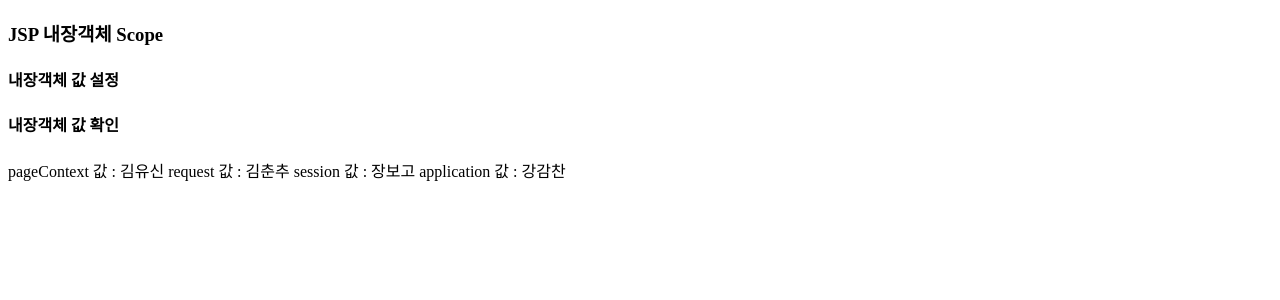
Repository: SangKyuuu/Jsp
Page: http://localhost/ch03/6_scope.jsp
An editor plug-in stored every save of this project. The page is shown before and after the next save, followed by the edit.
The browser window is 1280 px wide. The pictures show the whole page.
The page is served by Tomcat 9.

Above is the page before, as saved 2025-07-28 08:06:19.

After the next save:
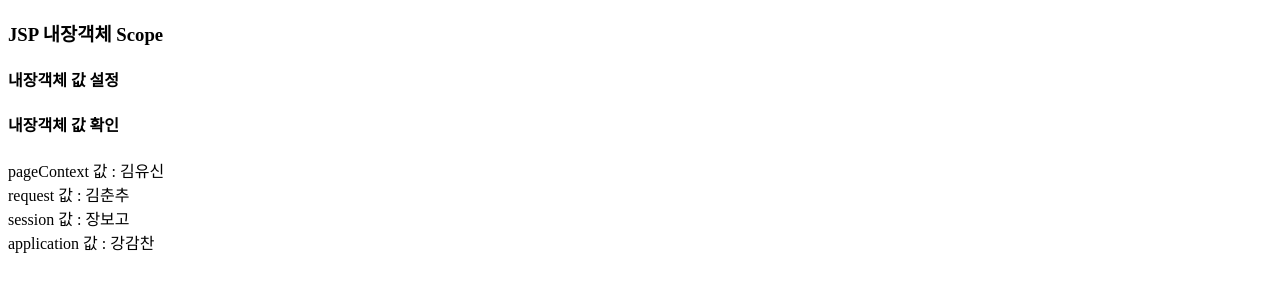
Saved 29 s later.
--- a/ch03/src/main/webapp/6_scope.jsp
+++ b/ch03/src/main/webapp/6_scope.jsp
@@ -24,10 +24,10 @@
 
 		<h4>내장객체 값 확인</h4>
 		<p>
-			pageContext 값 : <%= pageContext.getAttribute("name") %>
-			request 값 : <%= request.getAttribute("name") %>
-			session 값 : <%= session.getAttribute("name") %>
-			application 값 : <%= application.getAttribute("name") %>
+			pageContext 값 : <%= pageContext.getAttribute("name") %> <br/>
+			request 값 : <%= request.getAttribute("name") %> <br/>
+			session 값 : <%= session.getAttribute("name") %> <br/>
+			application 값 : <%= application.getAttribute("name") %><br/>
 		</p>
 	</body>
 </html>
